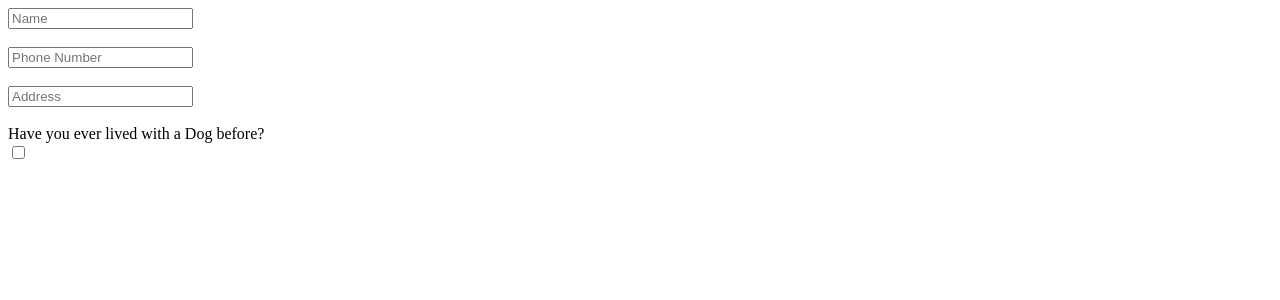
Repository: acciojob/dog-adoption-application-vandanayadav15
Page: main.html
The author's editor kept a copy of each file at every save. The page is drawn from the files as they stood at one save, then again after a run of saves.
The browser window is 1280 px wide. The pictures show the whole page.

Above is the page before, as saved 2022-10-13 15:15:37.

### main.html
<!DOCTYPE html>

<html>

<head>
	<link rel="stylesheet" href="styles.css">
</head>

<body>
	<!-- the entire body must be written by student -->
  <form>
 <input type="text" id="name", placeholder="Name"/><br><br>
 <input type="text" id="phone" placeholder="Phone Number"><br><br>
 <input type="text" id="address" placeholder="Address"><br><br>
<label for="dog"> Have you ever lived with a Dog before?</label><br>
 <input type="checkbox" id="checkbox" value="Have you ever lived with a Dog before?">


  </form>

    <script type="text/javascript" src="./script.js">
</script>

</body>

</html>

### styles.css

/* Your CSS Code here. */

Loaded but not shown: script.js (common file)

After the next 3 saves:
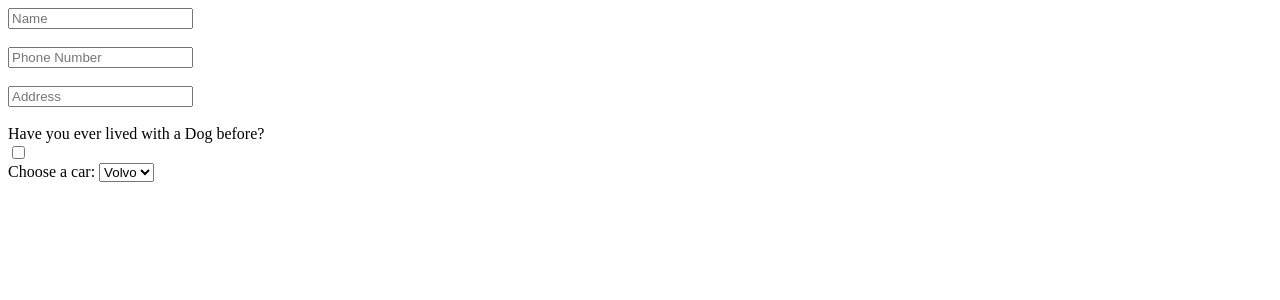
The 3 saves are shown as one change because they came seconds apart.
The last was saved 2 min 33 s later.
--- a/main.html
+++ b/main.html
@@ -13,7 +13,14 @@
  <input type="text" id="phone" placeholder="Phone Number"><br><br>
  <input type="text" id="address" placeholder="Address"><br><br>
 <label for="dog"> Have you ever lived with a Dog before?</label><br>
- <input type="checkbox" id="checkbox" value="Have you ever lived with a Dog before?">
+ <input type="checkbox" id="checkbox" value="Have you ever lived with a Dog before?"><br>
+<label for="cars">Choose a car:</label>
+<select name="cars" id="cars">
+	<option value="volvo">Volvo</option>
+	<option value="saab">Saab</option>
+	<option value="opel">Opel</option>
+	<option value="audi">Audi</option>
+</select>
 
 
   </form>
